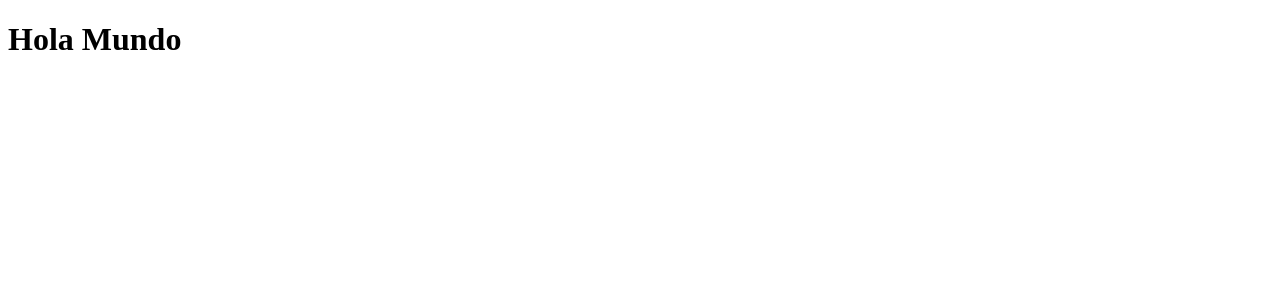
Repository: ettijoseangel/PracticaGitHub
Page: index.html
The author's editor kept a copy of each file at every save. The page is drawn from the files as they stood at one save, then again after the next save.
The browser window is 1280 px wide. The pictures show the whole page.

Above is the page before, as saved 2025-11-12 18:09:24.

### index.html
<!DOCTYPE html>
<html lang="en">
<head>
    <meta charset="UTF-8">
    <meta http-equiv="X-UA-Compatible" content="IE=edge">
    <meta name="viewport" content="width=device-width, initial-scale=1.0">
    <title>Primera práctica</title>
</head>
<body>
    <h1>Hola Mundo</h1>
</body>
</html>

After the next save:
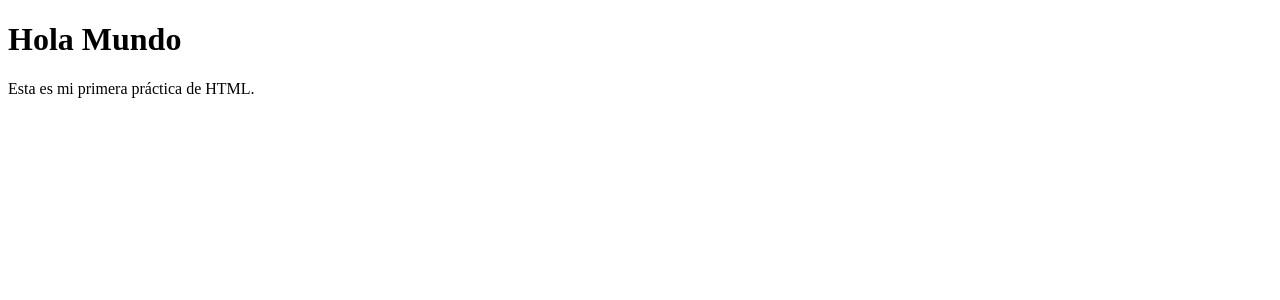
Saved 15 s later.
--- a/index.html
+++ b/index.html
@@ -8,5 +8,6 @@
 </head>
 <body>
     <h1>Hola Mundo</h1>
+    <p>Esta es mi primera práctica de HTML.</p>
 </body>
 </html>
